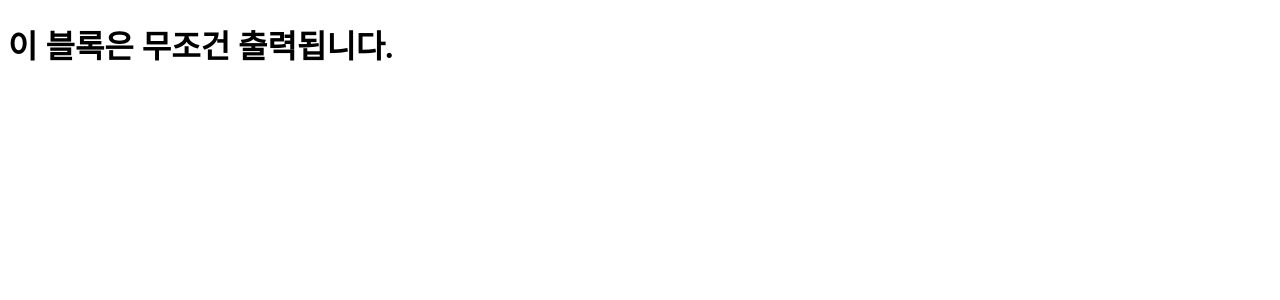
Repository: hari6180/JSP
Page: http://localhost/Model2/jstl/02-if.jsp
An editor plug-in stored every save of this project. The page is shown before and after the next save, followed by the edit.
The browser window is 1280 px wide. The pictures show the whole page.
The page is served by Tomcat 9. Other server files are loaded and not shown.

Above is the page before, as saved 2021-01-25 20:00:15.

### Model2/WebContent/jstl/02-if.jsp
<%@page import="study.jsp.model2.controller.Member"%>
<%@ page language="java" contentType="text/html; charset=UTF-8" pageEncoding="UTF-8"%>
<%@ page trimDirectiveWhitespaces="true" %>
<%@ taglib prefix="c" uri="http://java.sun.com/jsp/jstl/core" %>
<%
	/** 서블릿을 가정한 코드 부분 */
	// Beans객체를 request 객체에 추가하기
	Member member = new Member();
	member.setName("학생");
	member.setAge(20);
	request.setAttribute("my_member", member);
%>
<!doctype html>
<html>

<head>
    <meta charset="UTF-8" />
    <title>Hello JSP</title>
</head>

<body>
    <!-- if (true) { ... } -->
    <c:if test="true">
    <h1>이 블록은 무조건 출력됩니다.</h1>
    </c:if>

    <!-- if (true) { ... } -->
    <c:if test="false">
    <h1>이 블록은 출력되지 않습니다.</h1>
    </c:if>

    <!-- if (member.age > 19) { ... } -->
    <c:if test="${member.age > 19}">
    <h1>${member.name}님은 성인 입니다.</h1>
    </c:if>

</body>

</html>

### Model2/src/study/jsp/model2/controller/Member.java
package study.jsp.model2.controller;

import lombok.Data;

@Data
public class Member {
	private String name;
	private int age;
}

After the next save:
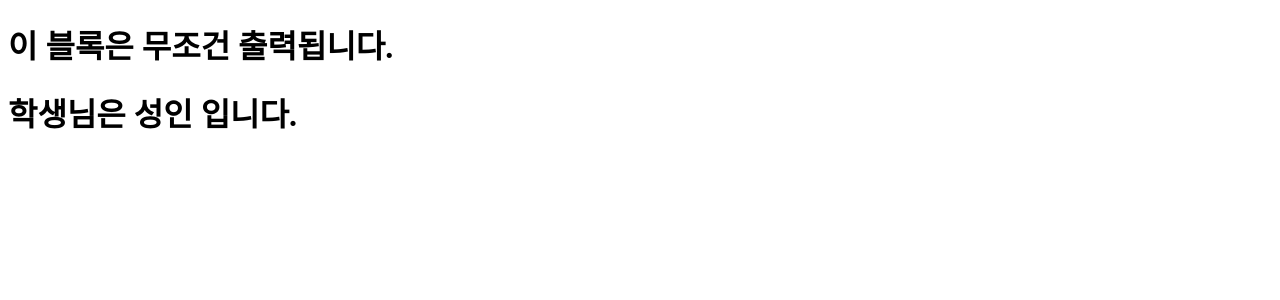
Saved 41 s later.
--- a/Model2/WebContent/jstl/02-if.jsp
+++ b/Model2/WebContent/jstl/02-if.jsp
@@ -8,7 +8,7 @@
 	Member member = new Member();
 	member.setName("학생");
 	member.setAge(20);
-	request.setAttribute("my_member", member);
+	request.setAttribute("member", member);
 %>
 <!doctype html>
 <html>
